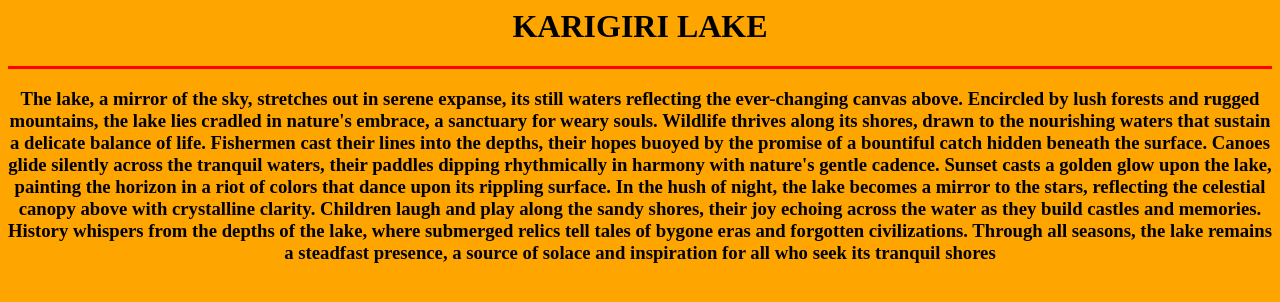
Repository: Oviya24032K6/NearMe
Page: ovi/surveyapp/static/KARIGIRI LAKE.html
An editor plug-in stored every save of this project. The page is shown before and after the next save, followed by the edit.
The browser window is 1280 px wide. The pictures show the whole page.

Above is the page before, as saved 2024-03-25 23:21:58.

After the next save:
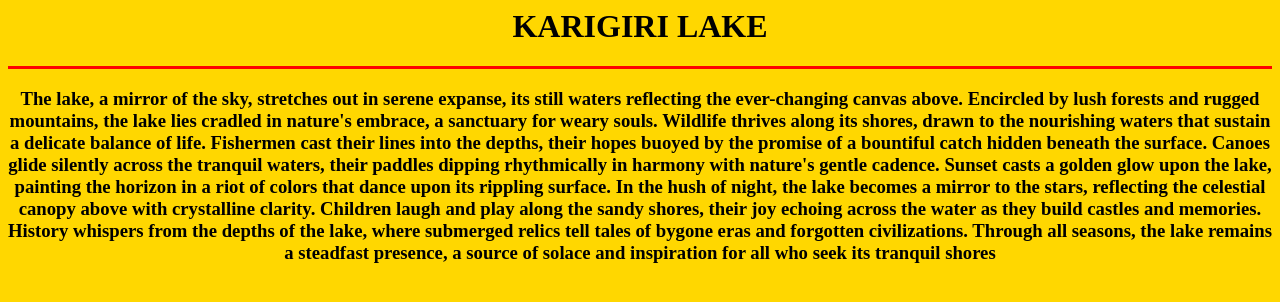
Saved 24 s later.
--- a/ovi/surveyapp/static/KARIGIRI LAKE.html
+++ b/ovi/surveyapp/static/KARIGIRI LAKE.html
@@ -4,7 +4,7 @@
             KARIGIRI LAKE
         </title>
 	</head>
-	<body bgcolor="orange">
+	<body bgcolor="gold">
 		<h1 align="center" >KARIGIRI LAKE</h1>
         <hr size="3" color="red">
         <h3 align="center">The lake, a mirror of the sky, stretches out in serene expanse, its still waters reflecting the ever-changing canvas above.
